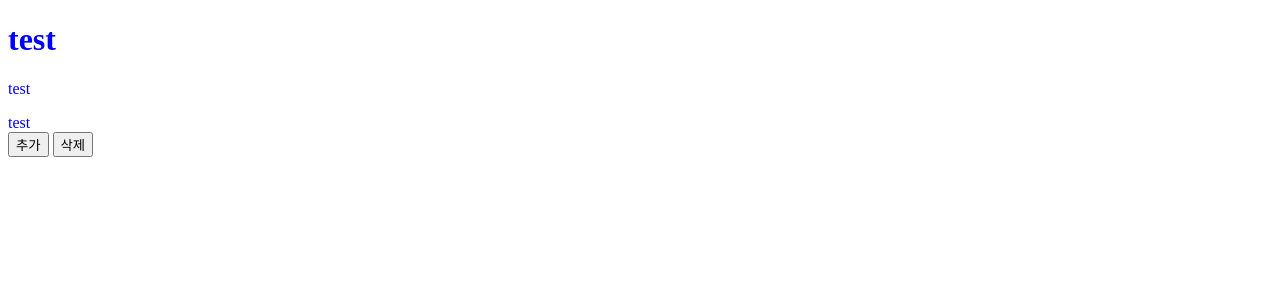
Repository: hangilyon/allJSPStudy
Page: javascript/ex19.html
These files come from the project's save history. The page is drawn as it stood at one moment and after the next save; the edit follows.
The browser window is 1280 px wide. The pictures show the whole page.
After loading, the first visible `button.add` was clicked once.

Above is the page before, as saved 2021-10-18 07:59:46.

After the next save:
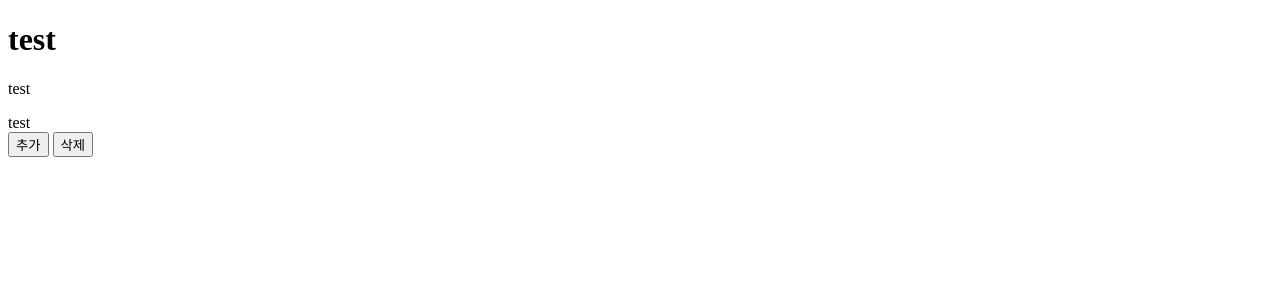
Console error: TypeError: document.getElementsByTagName(...).className is not a function
Saved 119 s later.
--- a/javascript/ex19.html
+++ b/javascript/ex19.html
@@ -8,7 +8,8 @@
 <script type="text/javascript">
 	$(function(){
 		$(".add").click(function(){
-			$("h1,p,div").addClass("blue")
+			//$("h1,p,div").addClass("blue")
+			document.getElementsByTagName('h1').className('blue')
 		})
 		$(".remove").click(function(){
 			$("h1,p").removeClass("blue")

After the 2 saves that followed:
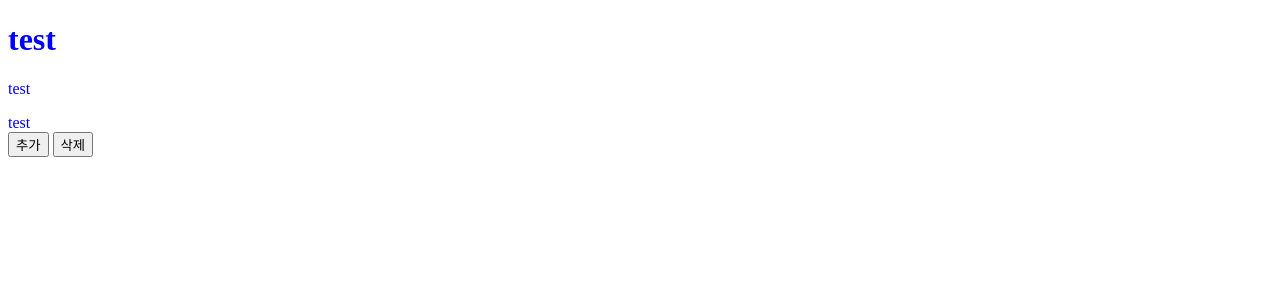
The error is gone.
The 2 saves are shown as one change because 1 left the picture as it was.
The last was saved 2 min 1 s later.
--- a/javascript/ex19.html
+++ b/javascript/ex19.html
@@ -8,8 +8,8 @@
 <script type="text/javascript">
 	$(function(){
 		$(".add").click(function(){
-			//$("h1,p,div").addClass("blue")
-			document.getElementsByTagName('h1').className('blue')
+			$("h1,p,div").addClass("blue")
+			//document.getElementsByTagName('h1').className = "blue"
 		})
 		$(".remove").click(function(){
 			$("h1,p").removeClass("blue")
